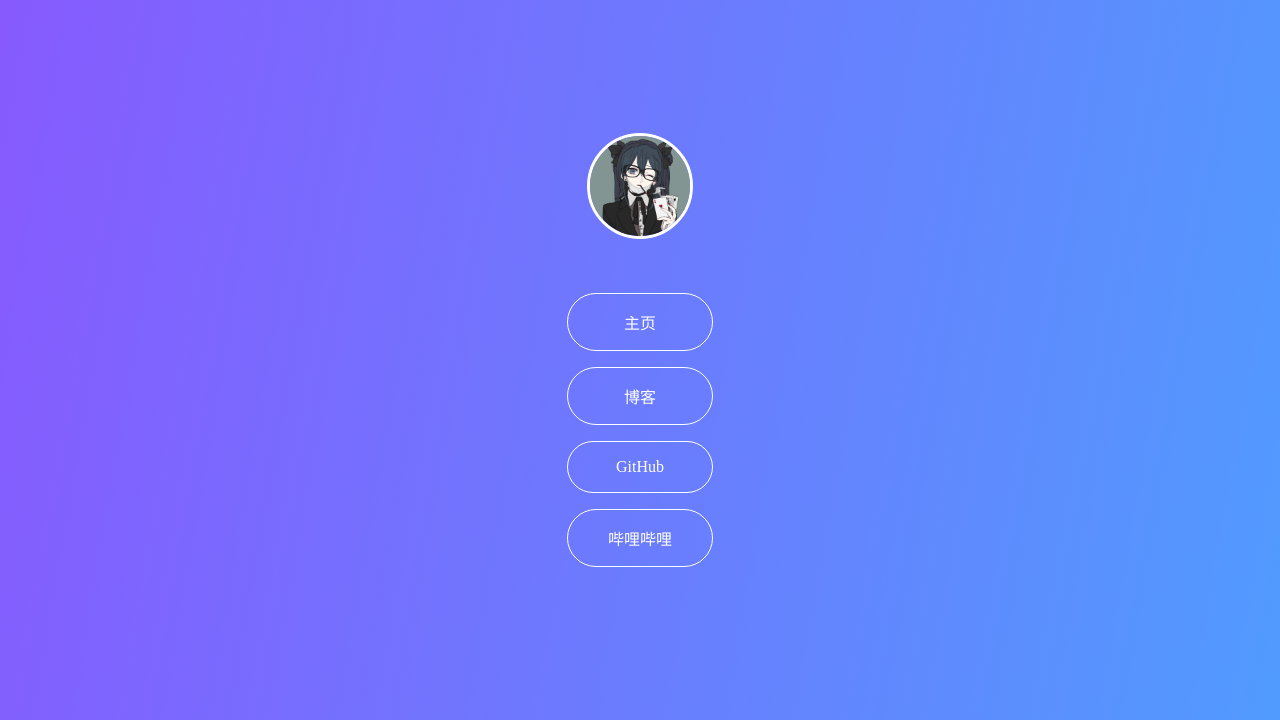
Repository: MarginLon/marginlon.github.io
Page: index.html
The author's editor kept a copy of each file at every save. The page is drawn from the files as they stood at one save, then again after the next save.
The browser window is 1280 px wide. The pictures show the whole page.

Above is the page before, as saved 2022-09-24 09:44:54.

After the next save:
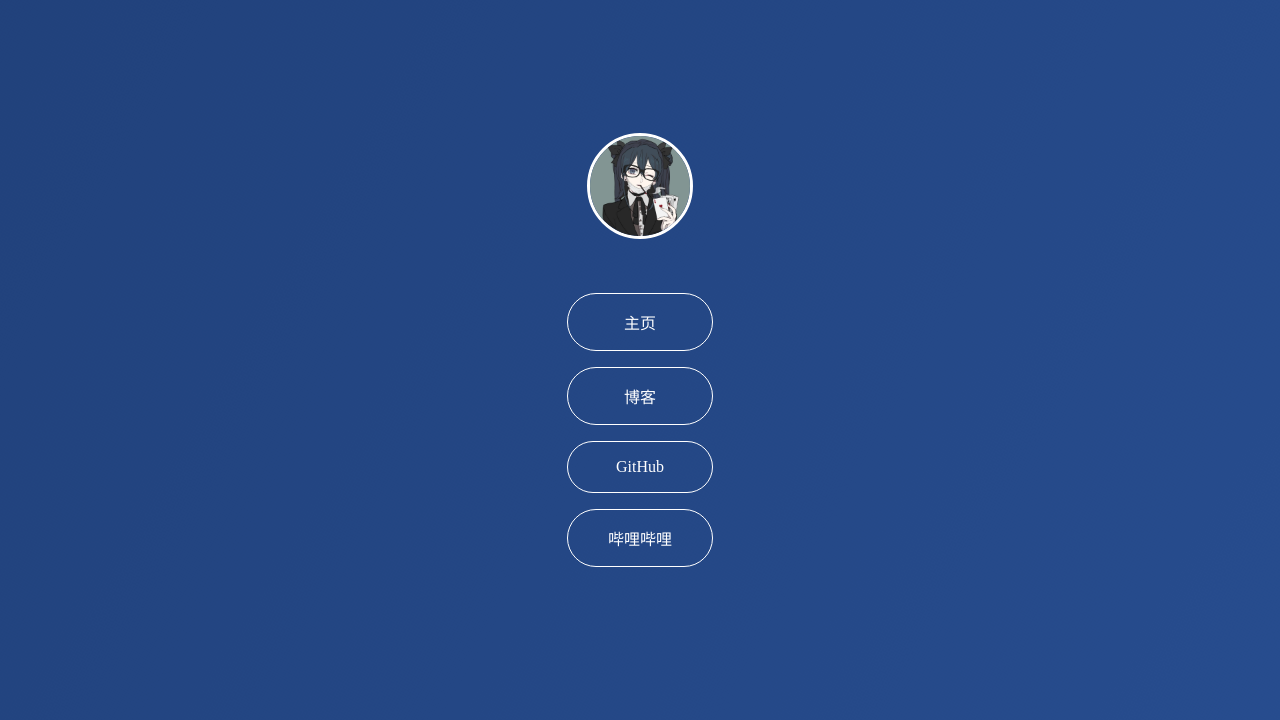
Saved 52 s later.
--- a/index.html
+++ b/index.html
@@ -51,7 +51,8 @@
             animation: bg-rotate 15s infinite linear;
             /* background: linear-gradient(45deg, #20b57d 40%, #258ec5 60%); */
             /* background: linear-gradient(45deg, #30cfd0 0%, #330867 100%); */
-            background-image: linear-gradient(-20deg, #b721ff 0%, #21d4fd 100%);
+            /* background-image: linear-gradient(-20deg, #b721ff 0%, #21d4fd 100%); */
+            background-image: linear-gradient(to top, #1e3c72 0%, #1e3c72 1%, #2a5298 100%);
         }
 
         @keyframes bg-rotate {
